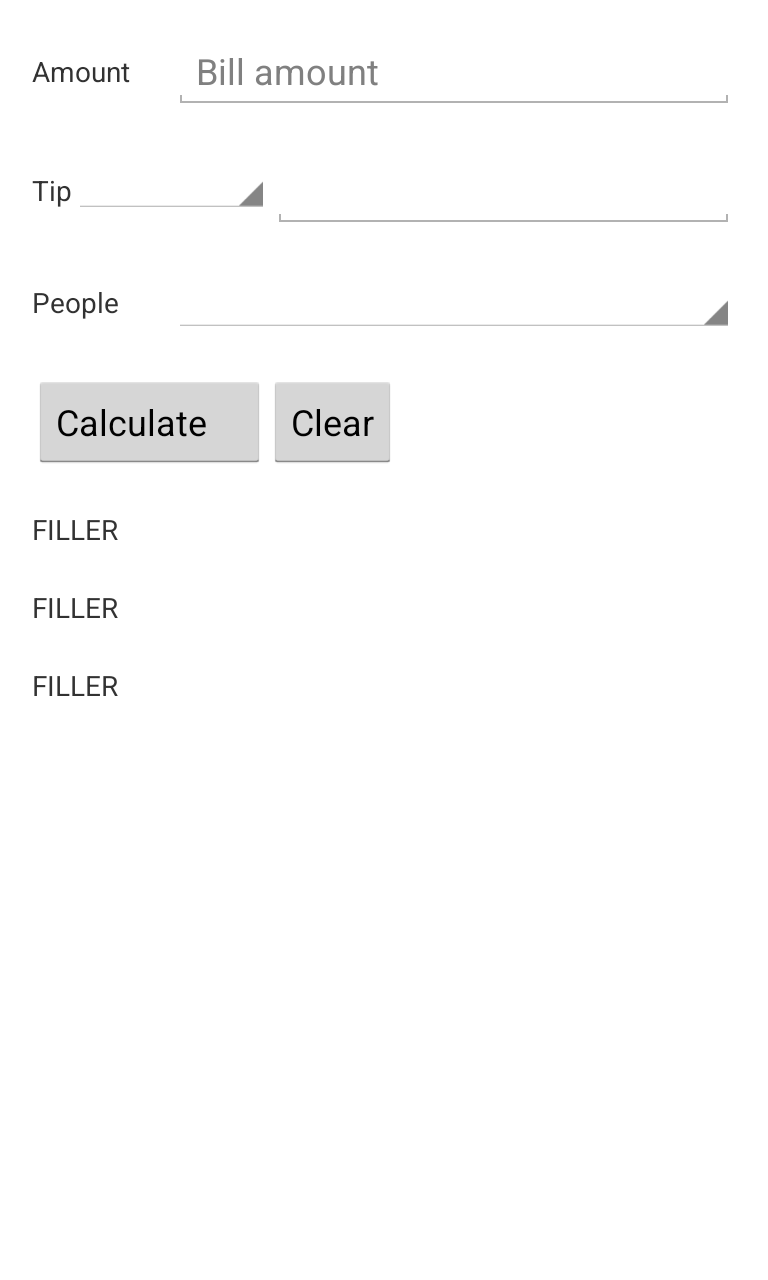
Repository: ericMedeiros93/Android-Dev
Layout: TipSplit/res/layout/activity_main.xml
These files come from the project's save history. The layout is drawn as it stood at one moment and after the next save; the edit follows.
It is drawn on a 768 x 1280 px phone screen (xhdpi) without system bars, with theme AppTheme; the app's code is not run.

Above is the layout before, as saved 2014-09-12 15:55:02.

After the next save:
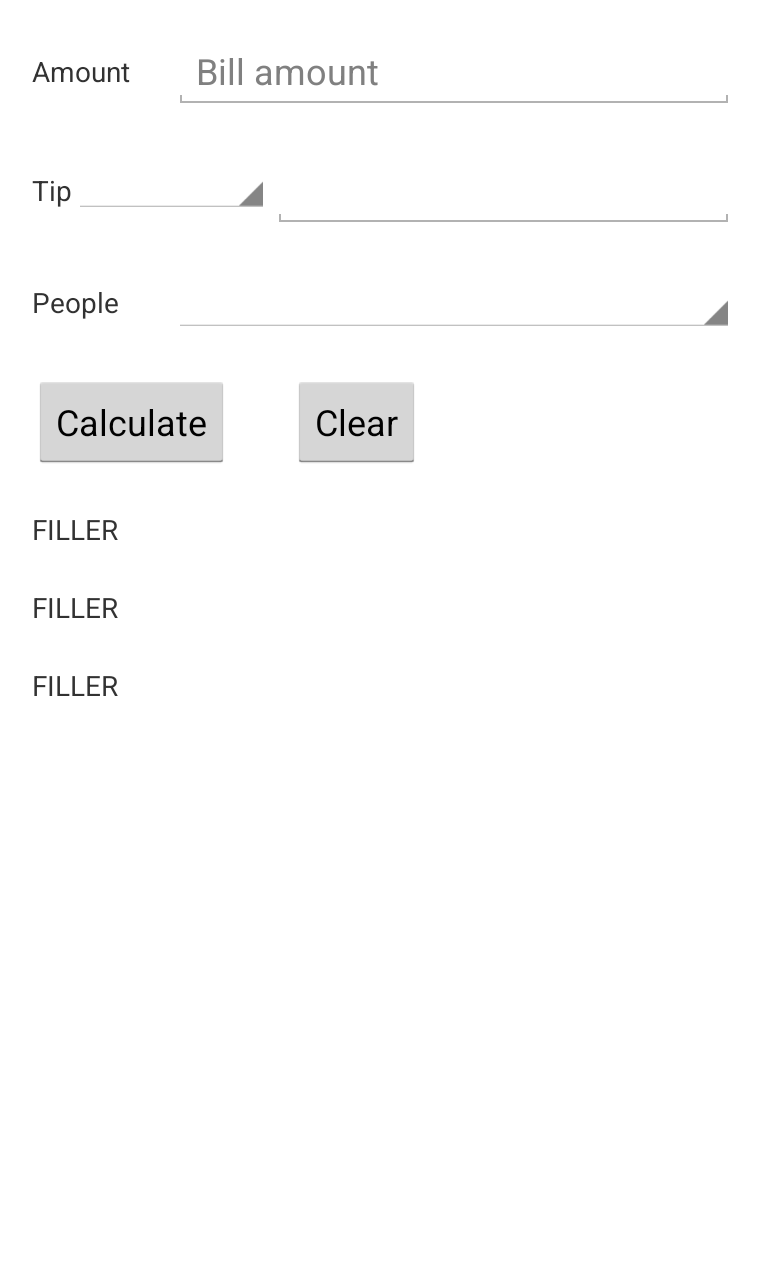
Saved 23 s later.
--- a/TipSplit/res/layout/activity_main.xml
+++ b/TipSplit/res/layout/activity_main.xml
@@ -91,7 +91,7 @@
             android:layout_width="wrap_content"
             android:layout_height="wrap_content"
             android:text="@string/calculate"
-            android:paddingRight="30dp"/>
+            android:layout_marginRight="30dp"/>
 
         <Button
             android:id="@+id/clear"
